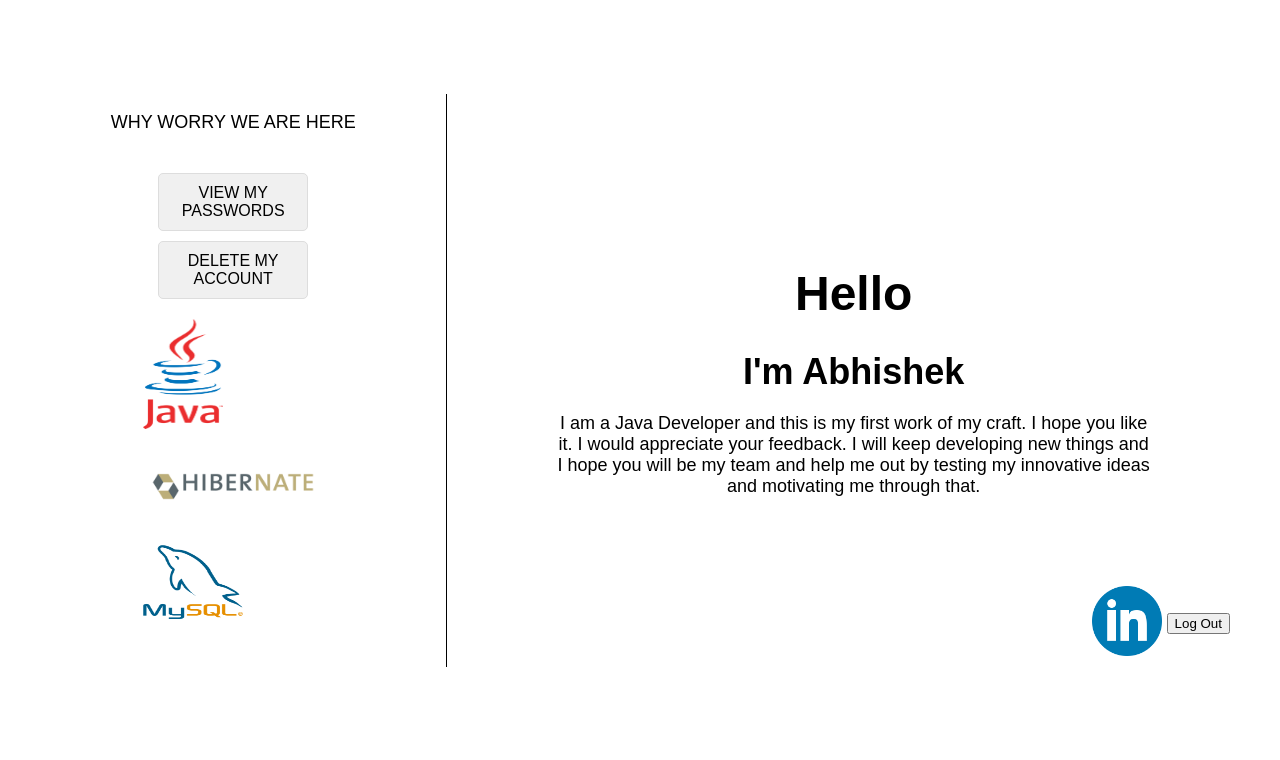
Repository: wizzy-abhishek/Projects
Page: http://localhost/Iam_Doing/Info.jsp
The author's editor kept a copy of each file at every save. The page is drawn from the files as they stood at one save, then again after the next save.
The browser window is 1280 px wide. The pictures show the whole page.
The page is served by Tomcat 10. Nobody is signed in. The application's start-up code is not run. Other server files are loaded and not shown.

Above is the page before, as saved 2024-06-27 10:46:50.

### Iam_Doing/src/main/webapp/Info.jsp
<!DOCTYPE html>
<html lang="en">
<head>
    <meta charset="UTF-8">
    <meta name="viewport" content="width=device-width, initial-scale=1.0">
    <title>Abhishek's Page</title>
    <link rel="stylesheet" href="Styles.css">
</head>
<body>
    <div class="container">
        <div class="sidebar">
            <p>WHY WORRY WE ARE HERE </p>
            <form action="View_passwords" method="post">
                <button type="submit" class="btn btn-primary">VIEW MY PASSWORDS</button>  </form>
            <form action="delete_account" method="post">
                <button type="submit">DELETE MY ACCOUNT</button>
            </form>
            <div class="logos">
                <img src="java_logo.png" alt="Java Logo" style = "width : 80px ; height : 110px ;">
                <img src="hibernate_logo.png" alt="Hibernate Logo" style="width: 180px; height: 75px;">
                 <img src="mysql.png" alt="Mysql_Logo "style="width: 100px; height: 75px;">
                <br>
            </div>
        </div>
        <div class="main">
            <h1>Hello</h1>
            <h2>I'm Abhishek</h2>
            <p>I am a Java Developer and this is my first work of my craft. I hope you like it. I would appreciate your feedback. I will keep 				developing new things and I hope you will be my team and help me out by testing my innovative ideas and motivating me through that.</p>
            <div class="footer">
                <a href="https://www.linkedin.com/in/abhishek-anand-60b29257/" target="_blank">
                    <img src="linkedin_logo.png" alt="LinkedIn Logo">
                </a>
                <form action="Logout" method ="post">
                <button type="button" class="btn btn-primary" >Log Out</button>
                </form>
            </div>
        </div>
    </div>
</body>
</html>

### Iam_Doing/src/main/webapp/Styles.css
body {
    font-family: Arial, sans-serif;
    margin: 0;
    padding: 0;
}

.container {
    display: flex;
    height: 100vh;
    align-items: center;
    justify-content: center;
    text-align: center;
    padding: 20px;
    position: relative;
}

.sidebar {
    flex: 1;
    padding: 20px;
    border-right: 1px solid #000;
    display: flex;
    flex-direction: column;
    align-items: center;
    justify-content: space-between;
}

.sidebar p {
    font-size: 18px;
    margin-bottom: 20px;
    position: relative;
    top: -20px;
}

.sidebar button {
    display: block;
    width: 150px;
    margin-bottom: 10px;
    padding: 10px;
    font-size: 16px;
    cursor: pointer;
    background-color: #f0f0f0;
    border: 1px solid #ddd;
    border-radius: 5px;
}

.logos {
    display: flex;
    flex-direction: column;
    align-items: flex-start;
}

.logos img {
    margin: 10px 0;
    width: 50px; /* Adjust width for other logos if needed */
    height: 50px;
}

.main {
    flex: 2;
    padding: 20px;
}

.main h1 {
    font-size: 48px;
    margin-bottom: 10px;
}

.main h2 {
    font-size: 36px;
    margin-bottom: 20px;
}

.main p {
    font-size: 18px;
    margin-bottom: 30px;
    max-width: 600px;
    margin-left: auto;
    margin-right: auto;
}

.footer {
    position: absolute;
    bottom: 100px;
    right: 50px;
    display: flex; /* Added to style Linked In content */
    align-items: center; /* Added to style Linked In content */
    justify-content: center; /* Added to center content horizontally */
}


.footer img {
    width: 70px;
    height: 70px;
    cursor: pointer;
    margin-right: 5px;  /* Added spacing between logo and link text */
}

.footer a {
    color: #007bff;
    text-decoration: none;
}

.footer a:hover {
    text-decoration: underline;
}

After the next save:
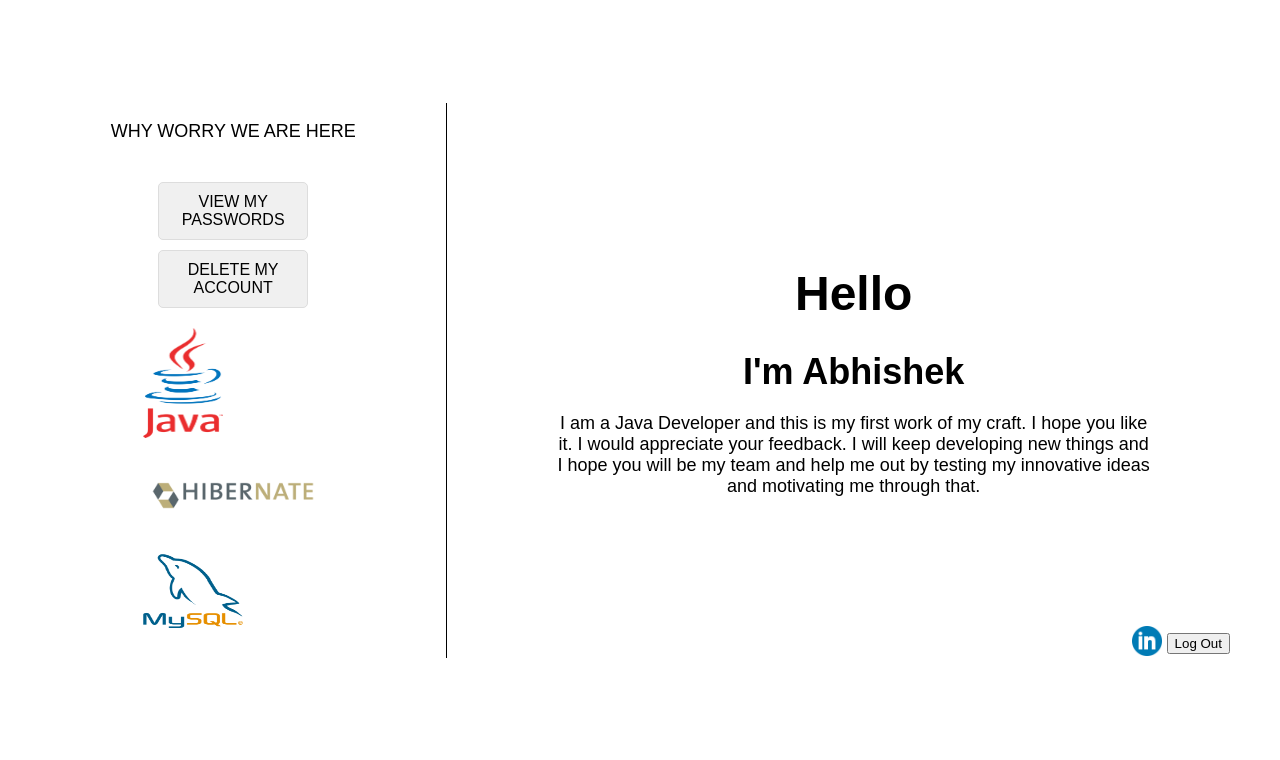
Saved 4 min 24 s later.
--- a/Iam_Doing/src/main/webapp/Info.jsp
+++ b/Iam_Doing/src/main/webapp/Info.jsp
@@ -9,29 +9,29 @@
 <body>
     <div class="container">
         <div class="sidebar">
-            <p>WHY WORRY WE ARE HERE </p>
+            <p>WHY WORRY WE ARE HERE</p>
             <form action="View_passwords" method="post">
-                <button type="submit" class="btn btn-primary">VIEW MY PASSWORDS</button>  </form>
+                <button type="submit" class="btn btn-primary">VIEW MY PASSWORDS</button>
+            </form>
             <form action="delete_account" method="post">
-                <button type="submit">DELETE MY ACCOUNT</button>
+                <button type="submit" class="btn">DELETE MY ACCOUNT</button>
             </form>
             <div class="logos">
-                <img src="java_logo.png" alt="Java Logo" style = "width : 80px ; height : 110px ;">
+                <img src="java_logo.png" alt="Java Logo" style="width: 80px; height: 110px;">
                 <img src="hibernate_logo.png" alt="Hibernate Logo" style="width: 180px; height: 75px;">
-                 <img src="mysql.png" alt="Mysql_Logo "style="width: 100px; height: 75px;">
-                <br>
+                <img src="mysql.png" alt="Mysql_Logo" style="width: 100px; height: 75px;">
             </div>
         </div>
         <div class="main">
             <h1>Hello</h1>
             <h2>I'm Abhishek</h2>
-            <p>I am a Java Developer and this is my first work of my craft. I hope you like it. I would appreciate your feedback. I will keep 				developing new things and I hope you will be my team and help me out by testing my innovative ideas and motivating me through that.</p>
+            <p>I am a Java Developer and this is my first work of my craft. I hope you like it. I would appreciate your feedback. I will keep developing new things and I hope you will be my team and help me out by testing my innovative ideas and motivating me through that.</p>
             <div class="footer">
                 <a href="https://www.linkedin.com/in/abhishek-anand-60b29257/" target="_blank">
-                    <img src="linkedin_logo.png" alt="LinkedIn Logo">
+                    <img src="linkedin_logo.png" alt="LinkedIn Logo" style="width: 30px; height: 30px;">
                 </a>
-                <form action="Logout" method ="post">
-                <button type="button" class="btn btn-primary" >Log Out</button>
+                <form action="Logout" method="post">
+                    <button type="submit" class="btn btn-primary">Log Out</button>
                 </form>
             </div>
         </div>
